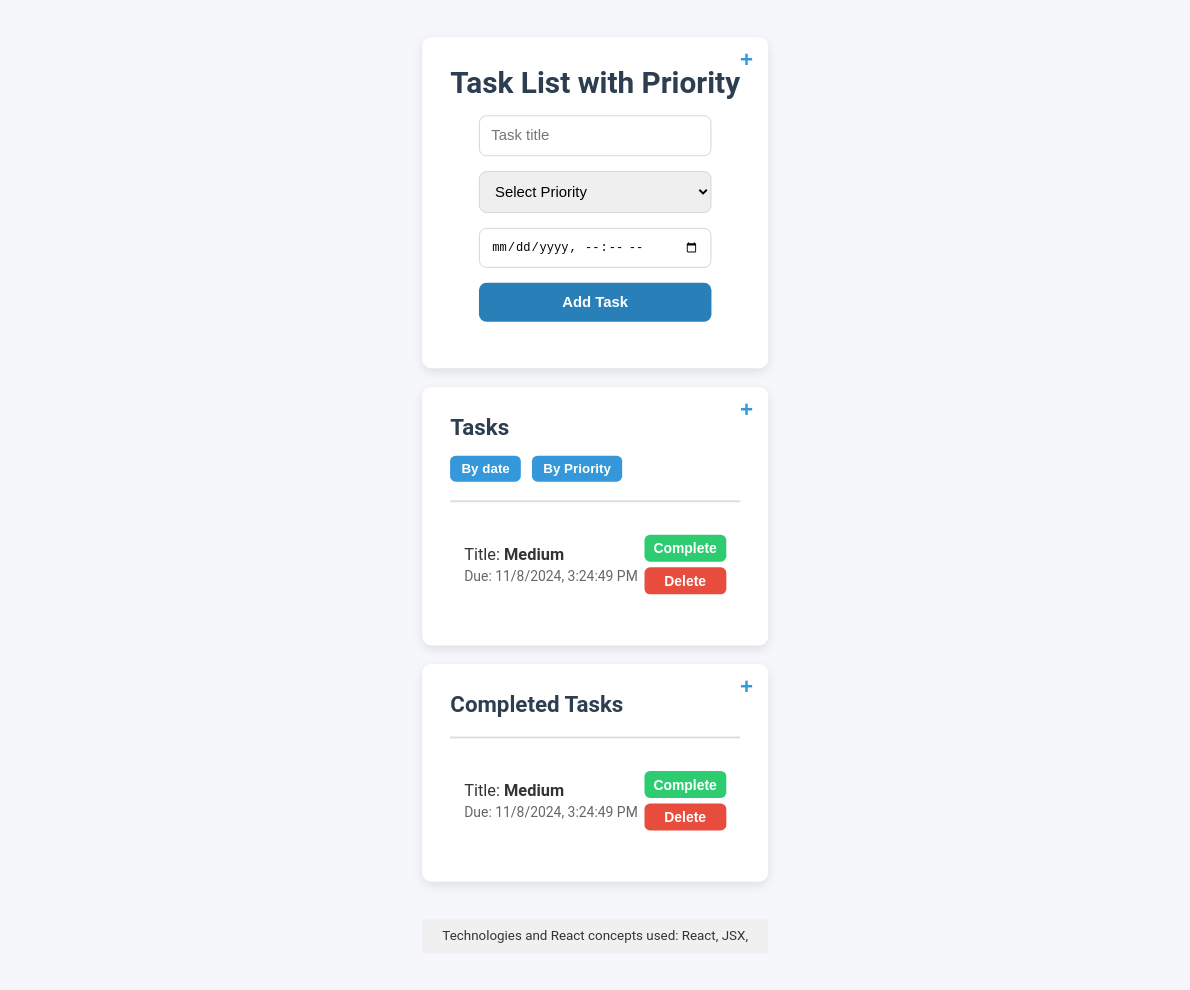
Repository: Lithium87/TaskList
Page: /
The author's editor kept a copy of each file at every save. The page is drawn from the files as they stood at one save, then again after the next save.
The browser window is 1280 px wide. The pictures show the whole page, at 93% of full size.
The project was rebuilt for these pictures with package versions that can differ from the ones it lists, and the page was loaded fresh each time. Also part of the build but not shown: vite.config.js.

Above is the page before, as saved 2025-07-08 17:08:32.

After the next save:
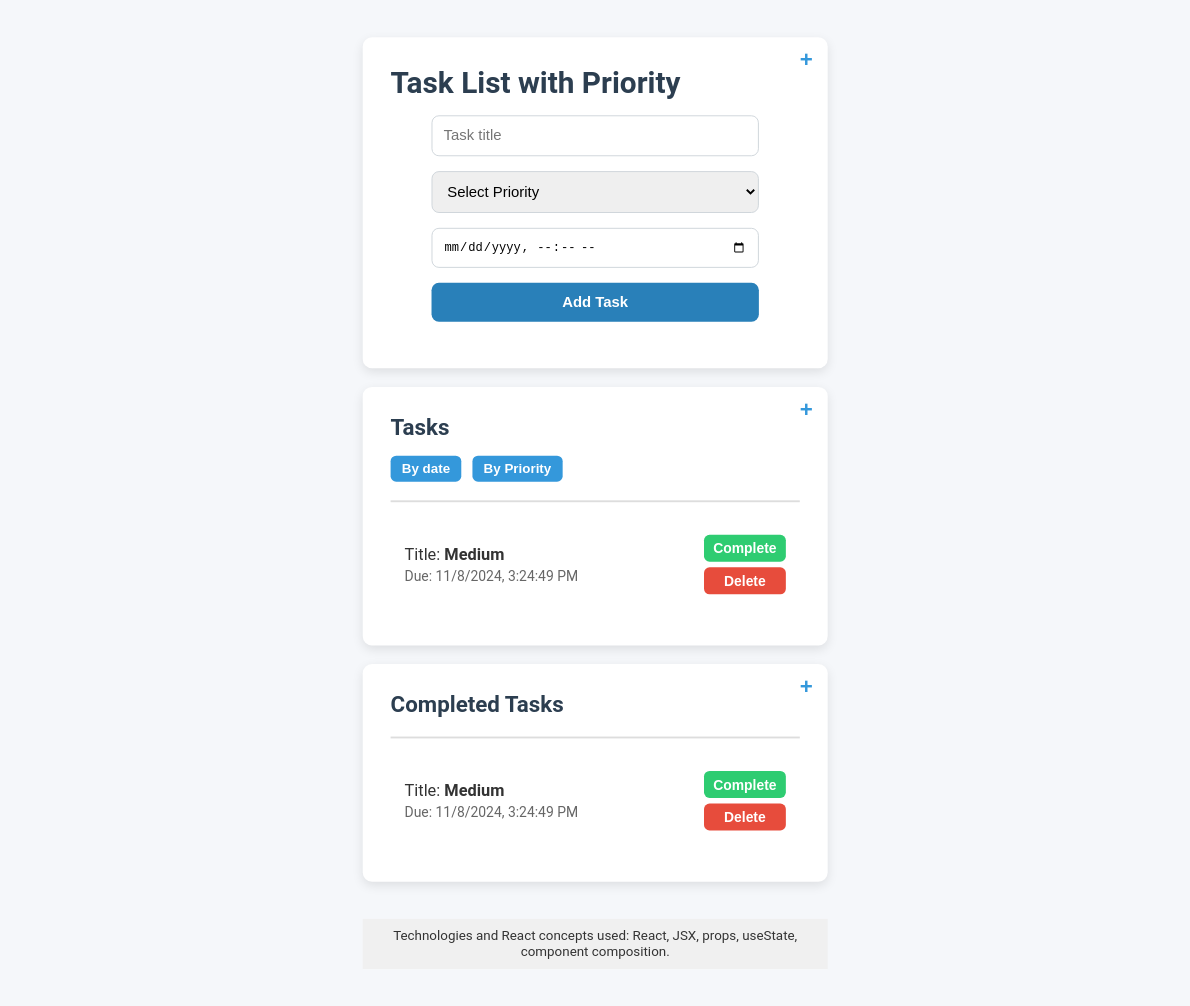
Saved 50 s later.
--- a/src/App.jsx
+++ b/src/App.jsx
@@ -83,7 +83,8 @@ const Footer = () => {
   return (
     <footer className="footer">
       <p>
-        Technologies and React concepts used: React, JSX,{' '}
+        Technologies and React concepts used: React, JSX, props, useState,
+        component composition.
       </p>
     </footer>
   );
